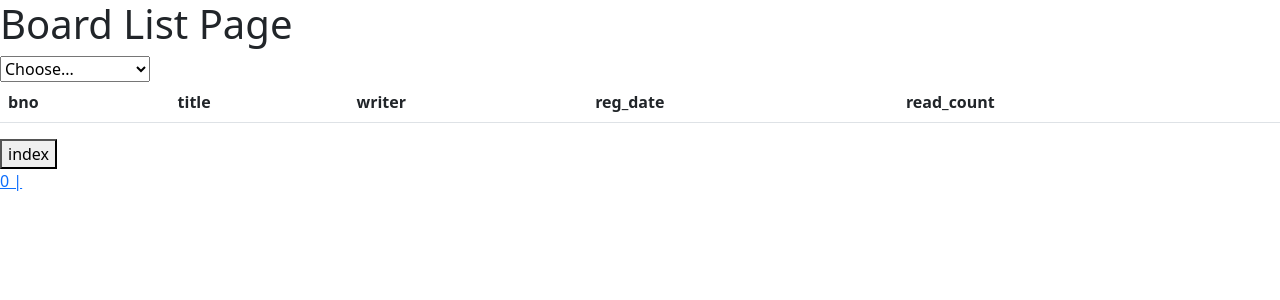
Repository: khr4162/-
Page: http://localhost/jsp_project/board/list.jsp
The author's editor kept a copy of each file at every save. The page is drawn from the files as they stood at one save, then again after the next save.
The browser window is 1280 px wide. The pictures show the whole page.
The page is served by Tomcat 9. The template is opened directly, without the code that normally fills it, so the values that code supplies are empty.

Above is the page before, as saved 2023-05-24 02:35:42.

After the next save:
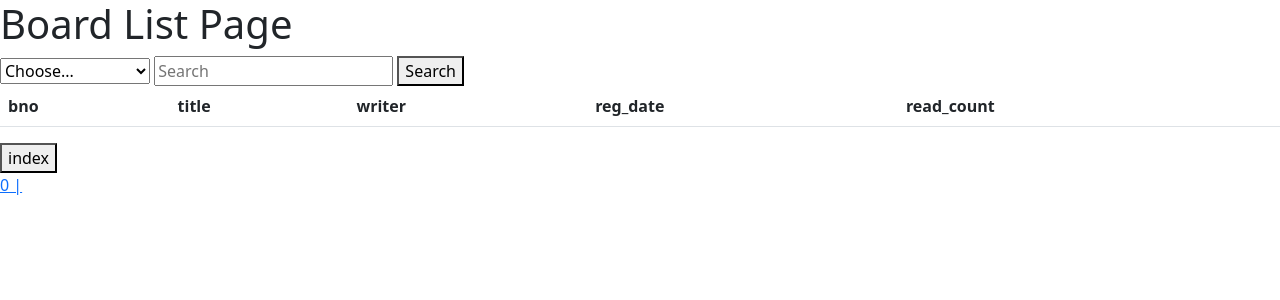
Saved 2 min 22 s later.
--- a/Desktop/김형래/jsp_project2 (2) (1)/jsp_project/src/main/webapp/board/list.jsp
+++ b/Desktop/김형래/jsp_project2 (2) (1)/jsp_project/src/main/webapp/board/list.jsp
@@ -25,6 +25,8 @@
 			<option>title or writer</option>
 			<option>content or writer</option>
 		</select>
+		<input type="text" name="keyword" placeholder="Search">
+		<button type="submit">Search</button>
 
 	</div>
 </form>
